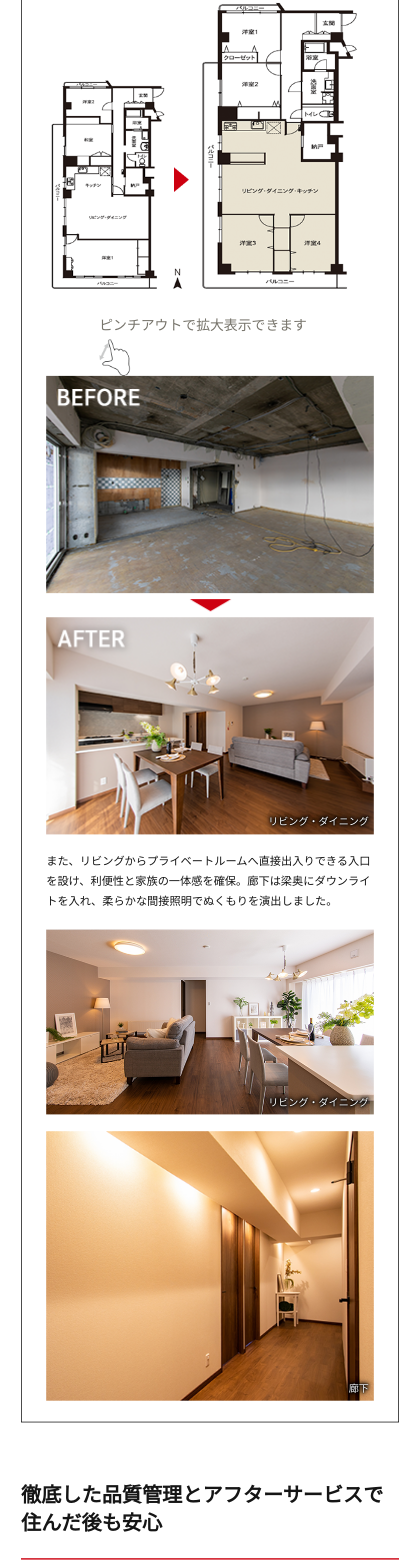
Repository: duongspm/group-kansai_new-data
Page: group-kansai_new/pickup/column07.html
The author's editor kept a copy of each file at every save. The page is drawn from the files as they stood at one save, then again after the next save.
The browser window is 600 px wide. The pictures show the part of the page from y = 4260 to 6500 px (the page is 8571 px tall before and 8536 px after), at 70% of full size.

Above is the page before, as saved 2023-06-30 16:44:55.

After the next save:
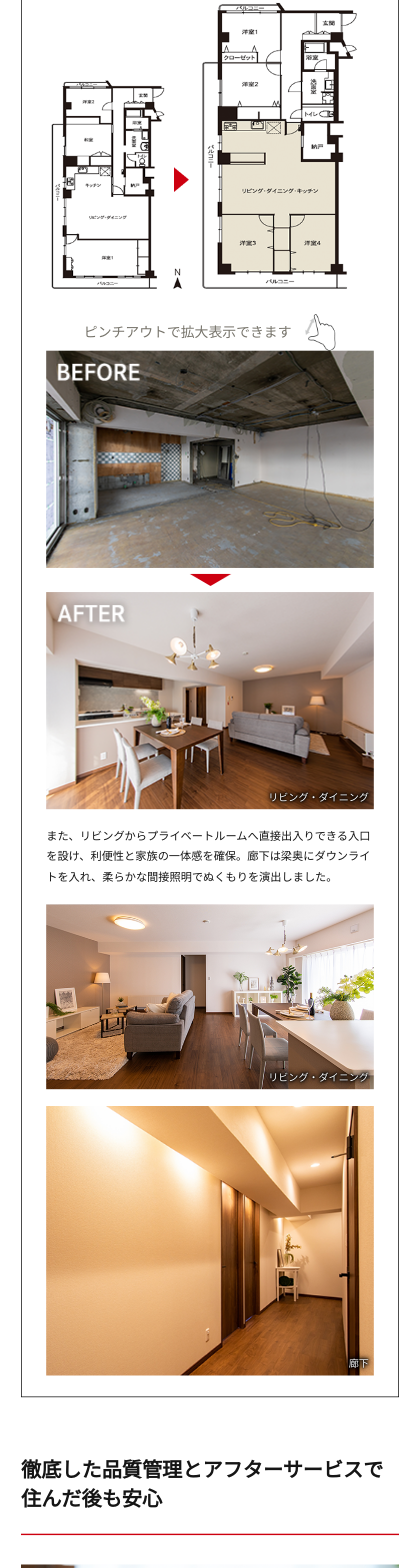
Saved 24 s later.
--- a/group-kansai_new/pickup/css/column.css
+++ b/group-kansai_new/pickup/css/column.css
@@ -263,6 +263,8 @@
         width: 100%;
     }
     .column07__box .only-sp{
-        display: block;
-    }
-}
+        display: flex;
+        justify-content: center;
+        align-items: center;
+    }
+}
